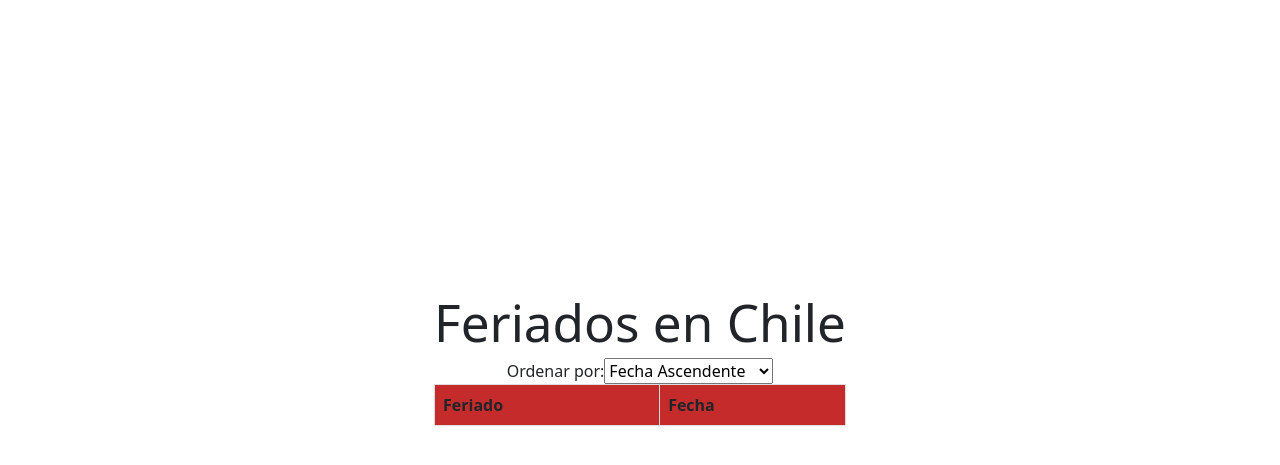
Repository: cvalenciapatagonia/Desafio-4-React-I
Page: /
An editor plug-in stored every save of this project. The page is shown before and after the next save, followed by the edit.
The browser window is 1280 px wide. The pictures show the whole page.
The page's requests for data from a server got no answer. The project was rebuilt for these pictures with package versions that can differ from the ones it lists, and the page was loaded fresh each time. No one was signed in, and anything a server would have sent is missing. Also part of the build but not shown: vite.config.js.

Above is the page before, as saved 2023-09-07 17:21:17.

After the next save:
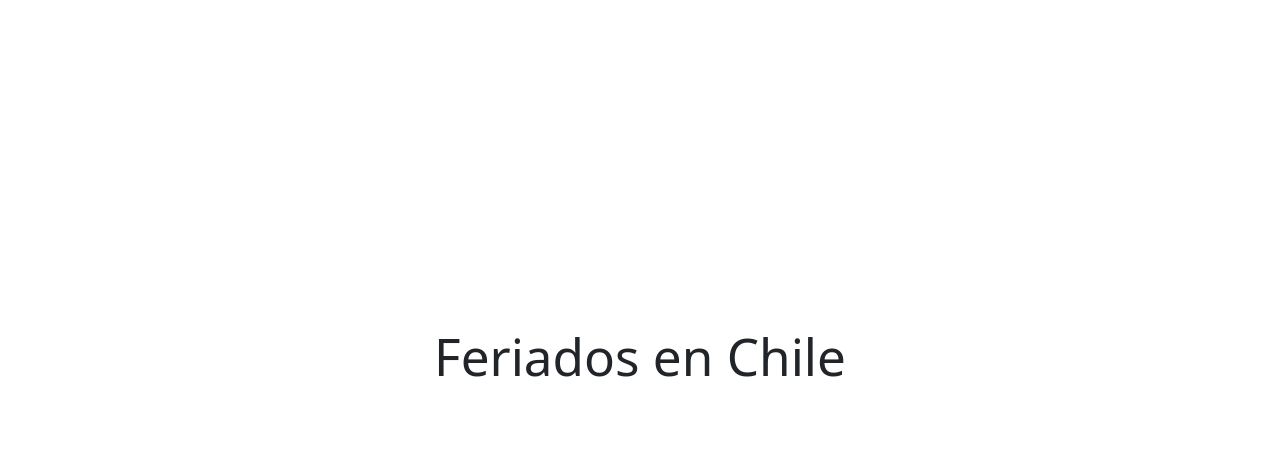
Saved 3 min 18 s later.
--- a/src/App.jsx
+++ b/src/App.jsx
@@ -11,10 +11,13 @@ function App() {
     <div className="App">
       <h1>Feriados en Chile</h1>
       {/* Pasa el estado y la función de cambio de ordenamiento al componente Buscador */}
-      <Buscador onSortChange={setSortOption} />
-      <MiApi apiURL="https://api.victorsanmartin.com/feriados/en.json" sortOption={sortOption} />
+      {/* <Buscador onSortChange={setSortOption} />
+      <MiApi apiURL="https://api.victorsanmartin.com/feriados/en.json" sortOption={sortOption} /> */}
     </div>
   );
 }
 
 export default App;
+
+      // {/* <Buscador onSortChange={setSortOption} />
+      // <MiApi apiURL="https://api.victorsanmartin.com/feriados/en.json" sortOption={sortOption} />
